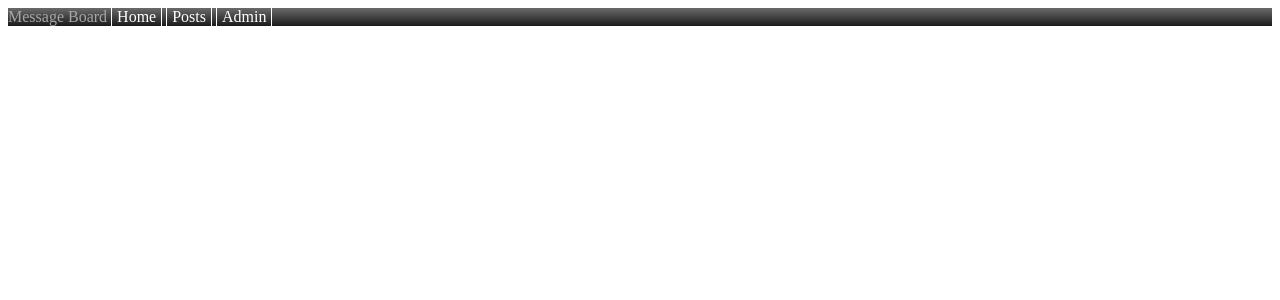
Repository: JesseFo/Whitespace
Page: whitespace/WebContent/WEB-INF/posts.html
An editor plug-in stored every save of this project. The page is shown before and after the next save, followed by the edit.
The browser window is 1280 px wide. The pictures show the whole page.

Above is the page before, as saved 2015-10-15 06:54:28.

After the next save:
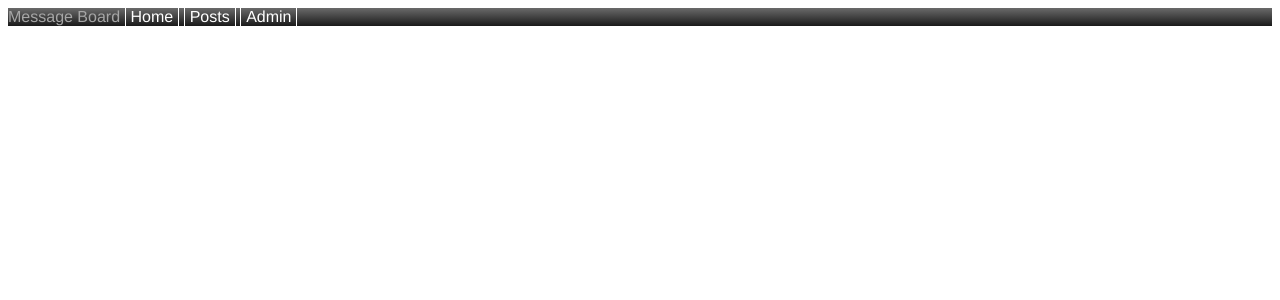
Saved 33 s later.
--- a/whitespace/WebContent/WEB-INF/main.css
+++ b/whitespace/WebContent/WEB-INF/main.css
@@ -1,4 +1,9 @@
 @CHARSET "ISO-8859-1";
+
+#wrapper
+{
+	font-family: Helvetica, Arial, sans-serif;
+}
 
 nav
 {
